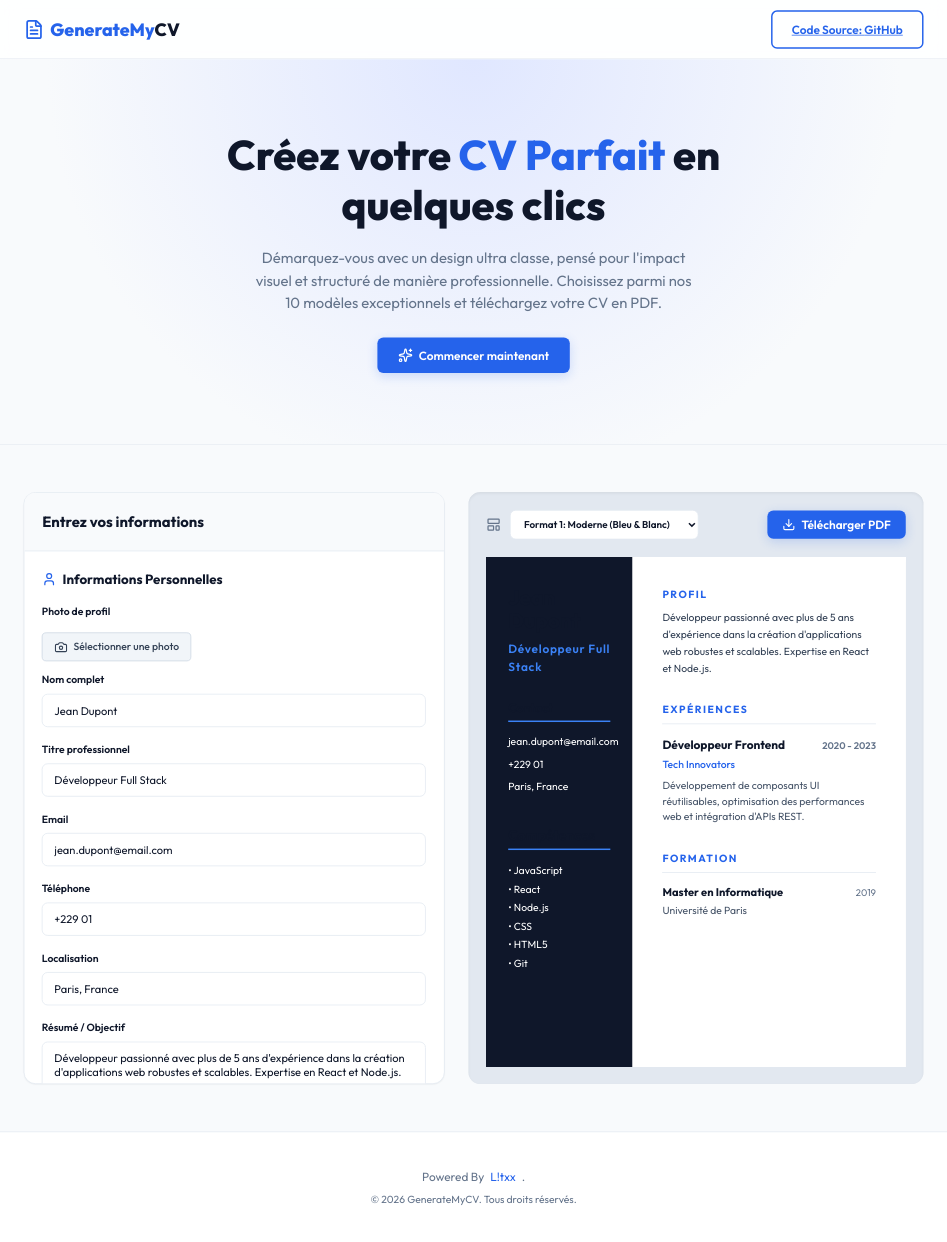
Repository: Issa-Mgn/Generatemy--cv
Page: /
These files come from the project's save history. The page is drawn as it stood at one moment and after the next save; the edit follows.
The browser window is 1280 px wide. The pictures show the whole page, at 74% of full size.
An inner scrolling area shows only its first screen. The project was rebuilt for these pictures with package versions that can differ from the ones it lists, and the page was loaded fresh each time. Also part of the build but not shown: vite.config.js.

Above is the page before, as saved 2026-04-13 19:38:43.

After the next save:
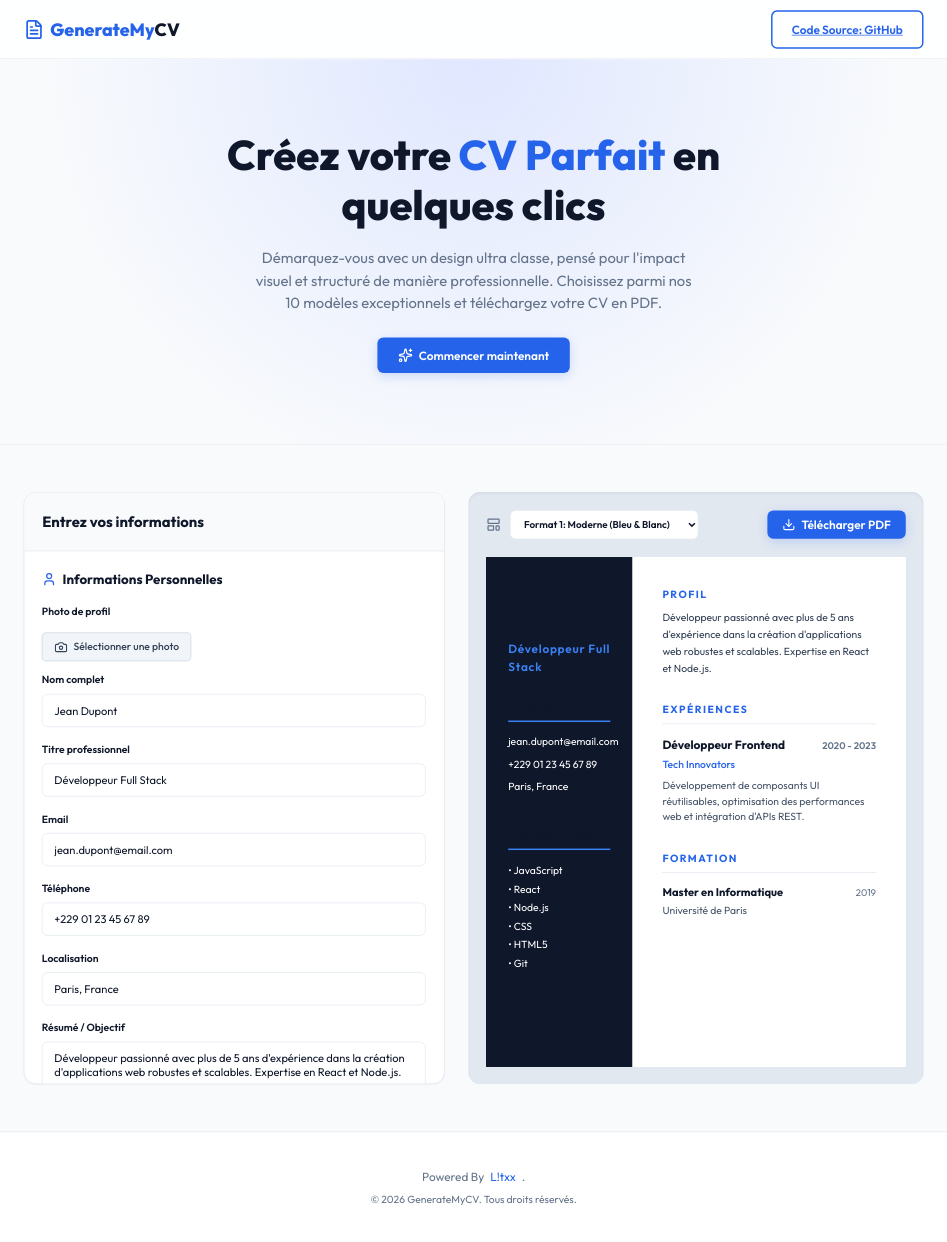
Saved 5 s later.
--- a/src/components/Builder.jsx
+++ b/src/components/Builder.jsx
@@ -7,7 +7,7 @@
     fullName: 'Jean Dupont',
     jobTitle: 'Développeur Full Stack',
     email: 'jean.dupont@email.com',
-    phone: '+229 01 ',
+    phone: '+229 01 23 45 67 89',
     location: 'Paris, France',
     summary: 'Développeur passionné avec plus de 5 ans d\'expérience dans la création d\'applications web robustes et scalables. Expertise en React et Node.js.',
     profileImage: null
